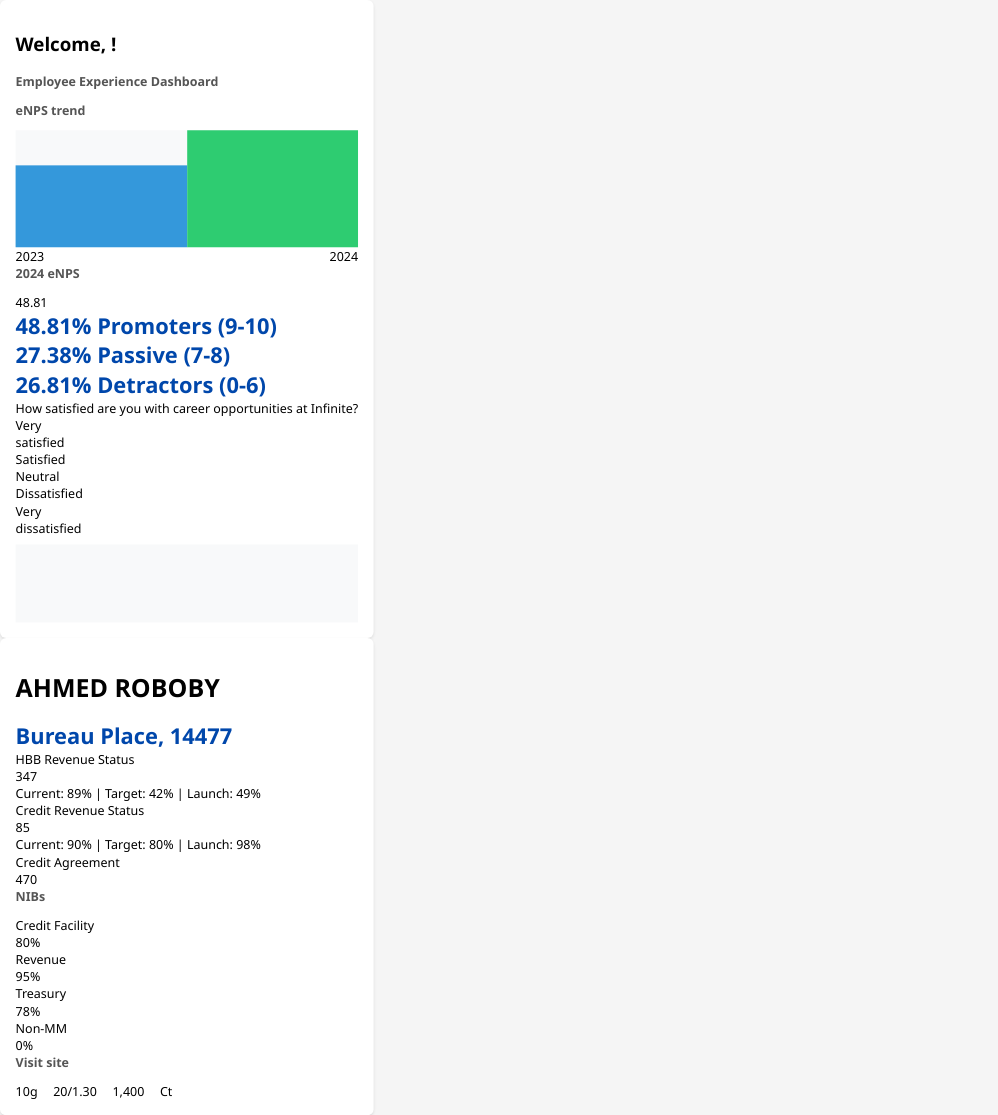
Repository: Ramaryal33/Airline-Management-System
Page: http://localhost/Airline_Management_System/WEB-INF/page/staffDashboard.jsp
An editor plug-in stored every save of this project. The page is shown before and after the next save, followed by the edit.
The browser window is 1280 px wide. The pictures show the whole page, at 78% of full size.
The page is served by Tomcat 10. Nobody is signed in. The template is opened directly, without the code that normally fills it, so the values that code supplies are empty.

Above is the page before, as saved 2025-05-02 00:33:50.

After the next save:
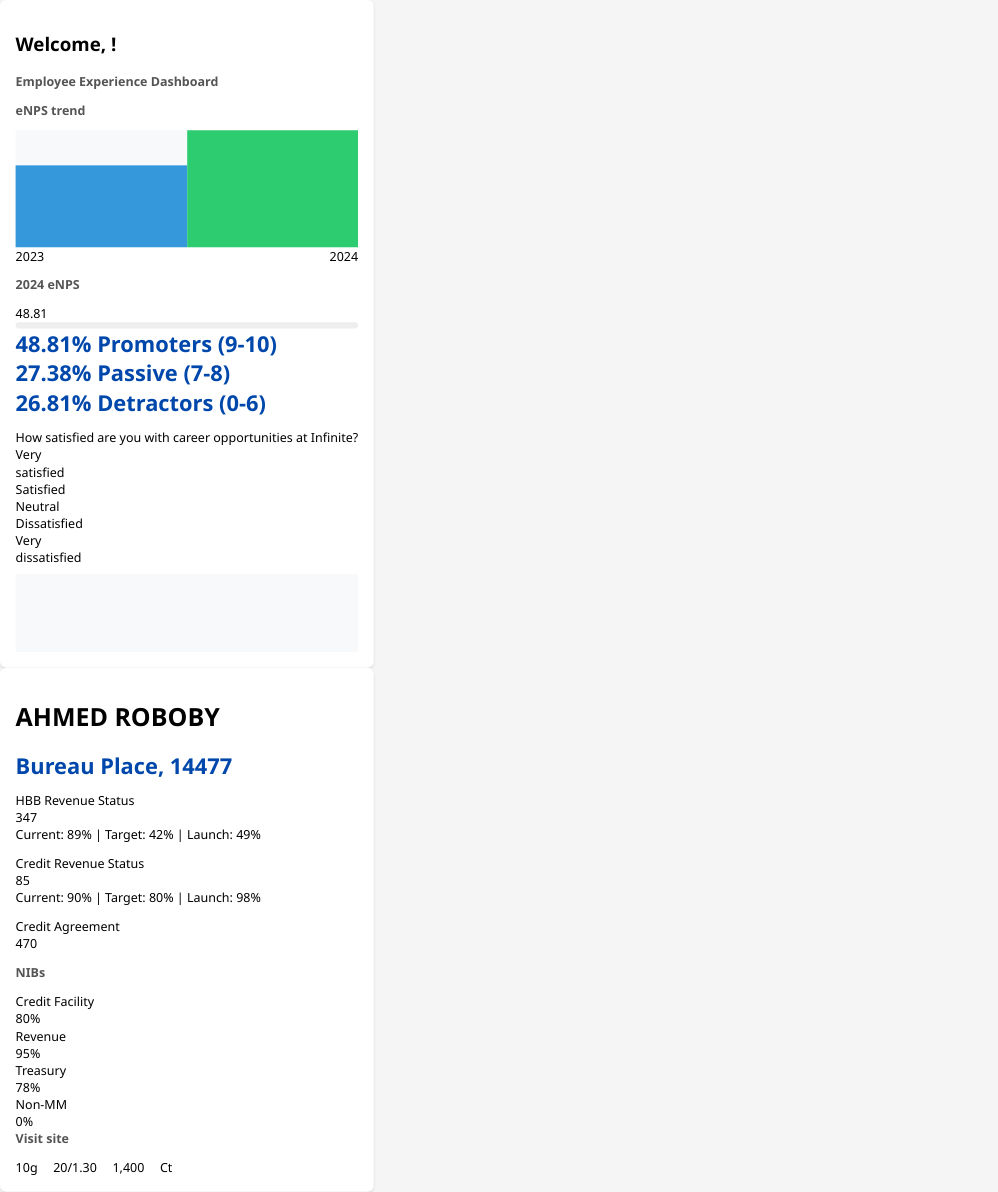
Saved 5 min 22 s later.
--- a/Airline_Management_System/src/main/webapp/css/staff.css
+++ b/Airline_Management_System/src/main/webapp/css/staff.css
@@ -116,3 +116,74 @@ canvas {
     max-width: 100%;
     max-height: 100%;
 }
+
+/* Metrics Container */
+.metrics-container {
+    flex: 1 1 45%;
+    min-width: 400px;
+    height: 350px;
+    display: flex;
+    flex-direction: column;
+    justify-content: space-between;
+}
+
+/* Progress Bars */
+.metric {
+    margin: 15px 0;
+}
+
+.metric label {
+    display: flex;
+    justify-content: space-between;
+    margin-bottom: 5px;
+    font-weight: 500;
+    color: #555;
+}
+
+.metric label span {
+    color: #0047AB;
+    font-weight: 600;
+}
+
+.progress-bar {
+    height: 8px;
+    background: #eee;
+    border-radius: 4px;
+    overflow: hidden;
+}
+
+.progress-fill {
+    height: 100%;
+    border-radius: 4px;
+}
+
+/* Action Buttons */
+.action-buttons {
+    display: grid;
+    grid-template-columns: 1fr 1fr;
+    gap: 10px;
+    margin-top: 20px;
+}
+
+.action-btn {
+    padding: 10px 15px;
+    background: #0047AB;
+    color: white;
+    border: none;
+    border-radius: 4px;
+    cursor: pointer;
+    display: flex;
+    align-items: center;
+    justify-content: center;
+    gap: 8px;
+    transition: all 0.2s;
+}
+
+.action-btn:hover {
+    background: #003580;
+    transform: translateY(-2px);
+}
+
+.action-btn .icon {
+    font-size: 16px;
+}
